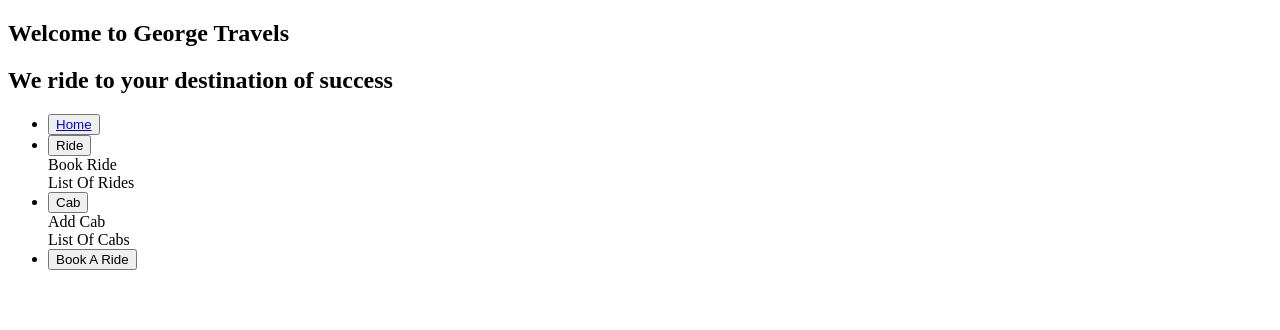
Repository: harshithkandula/Travel-Management-Software
Page: http://localhost/User_Interface_MS/WEB-INF/views/header.jsp
These files come from the project's save history. The page is drawn as it stood at one moment and after the next save; the edit follows.
The browser window is 1280 px wide. The pictures show the whole page.
The page is served by Tomcat 9. Nobody is signed in. Other server files are loaded and not shown. The template is opened directly, without the code that normally fills it, so the values that code supplies are empty.

Above is the page before, as saved 2024-05-02 12:56:55.

### User_Interface_MS/src/main/webapp/WEB-INF/views/header.jsp
<%@ page language="java" contentType="text/html; charset=ISO-8859-1"
    pageEncoding="ISO-8859-1"%>
<!DOCTYPE html>
<html>
<head>
<meta charset="ISO-8859-1">

</head>
<body>

       <h2>Welcome to George Travels</h2>
       <h2>We ride to your destination of success</h2>

       <div>
          <ul>
             <li>
                <button>
                    <a href="index.jsp">Home</a>
                </button>
             </li>
             <li>
                <button>
                     <a>Ride</a>
                </button>
                <div>
                    <a>Book  Ride</a>
                </div>
                <div>
                    <a>List Of Rides</a>
                </div>
             </li>
             <li>
                <button>
                      <a>Cab</a>
                </button>
                <div>
                   <a>Add Cab</a>
                </div>
                <div>
                    <a>List Of Cabs</a>
                </div>
             </li>

             <li>
                <button>Book A Ride</button>
             </li>
          </ul>
       </div>
</body>
</html>

After the next save:
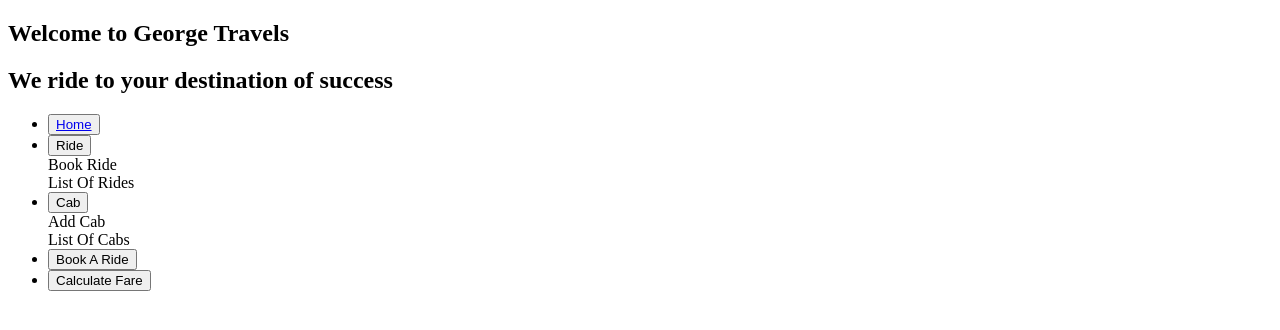
Saved 37 s later.
--- a/User_Interface_MS/src/main/webapp/WEB-INF/views/header.jsp
+++ b/User_Interface_MS/src/main/webapp/WEB-INF/views/header.jsp
@@ -44,6 +44,9 @@
              <li>
                 <button>Book A Ride</button>
              </li>
+             <li>
+                <button><a>Calculate Fare</a></button>
+             </li>
           </ul>
        </div>
 </body>
